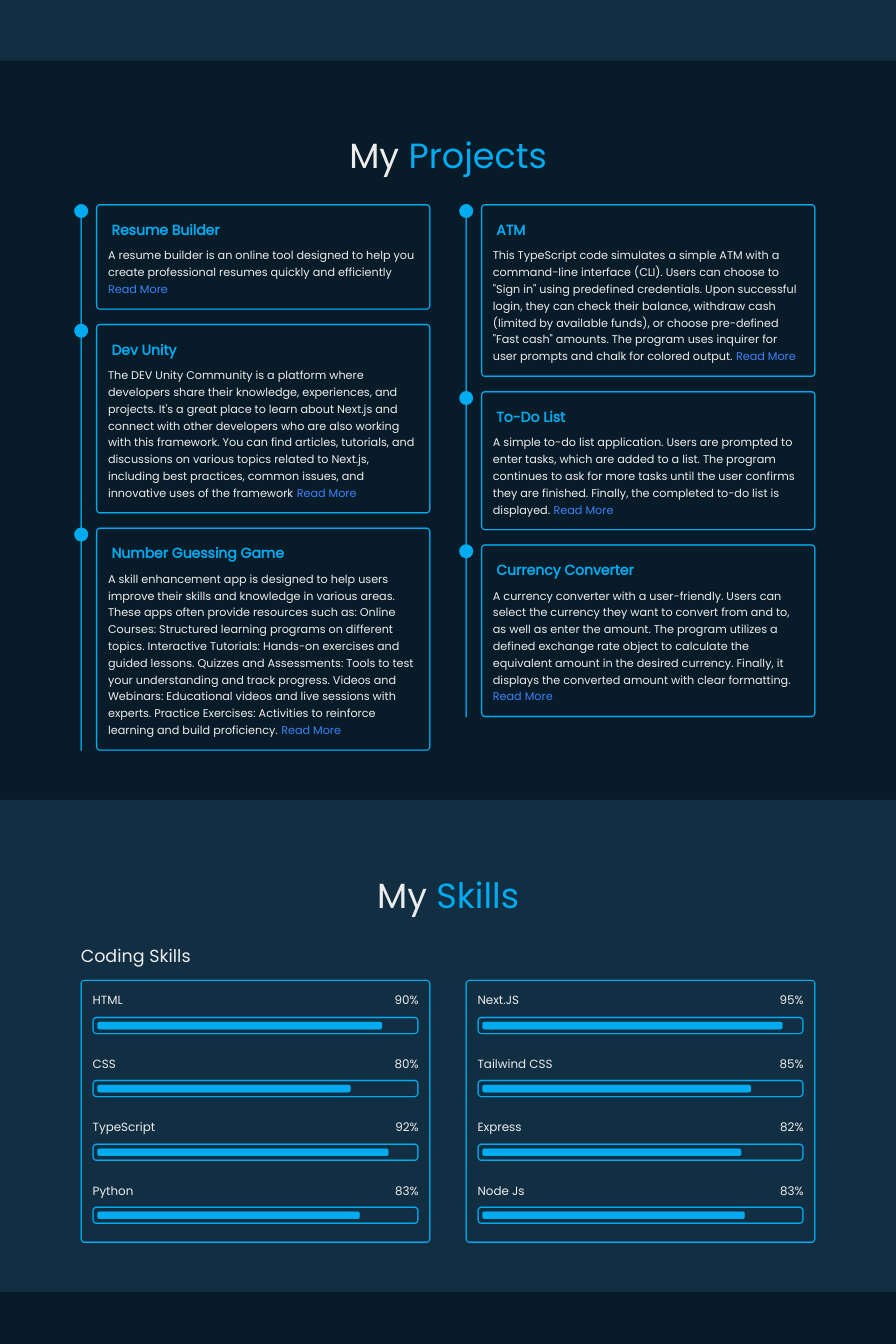
Repository: asadullah48/nextjs_projects_portfolio
Page: /
These files come from the project's save history. The page is drawn as it stood at one moment and after the next save; the edit follows.
The browser window is 1280 px wide. The pictures show the part of the page from y = 1571 to 3491 px (the page is 4306 px tall), at 70% of full size.
The project was rebuilt for these pictures with package versions that can differ from the ones it lists, and the page was loaded fresh each time. The framework's server and built-in components were replaced by stand-ins that run in the browser. Also part of the build but not shown: next.config.ts.

Above is the page before, as saved 2024-11-13 14:46:48.

### src/app/layout.tsx
import type { Metadata } from "next";
import { Poppins } from "next/font/google";
import "./globals.css";
import Link from "next/link";
<Link  href='https://unpkg.com/boxicons@2.1.4/css/boxicons.min.css' rel='stylesheet'></Link>

const poppins = Poppins({ subsets: ["latin"], weight : '400' });

export const metadata: Metadata = {
  title: "Tayyab Portfolio",
  description: "Generated by Tayyab Khalid",
};

export default function RootLayout({
  children,
}: Readonly<{
  children: React.ReactNode;
}>) {
  return (
    <html lang="en">
      <body className={poppins.className}>

        {children}

        </body>
    </html>
  );
}

### src/app/page.tsx
"use client"
import Link from "next/link";
import Image from "next/image";
import LinkedInIcon from "@mui/icons-material/LinkedIn";
import GitHubIcon from "@mui/icons-material/GitHub";
import XIcon from "@mui/icons-material/X";
import ArrowUpwardIcon from "@mui/icons-material/ArrowUpward";
import { Menu } from "lucide-react";
import { useState } from "react";
import {
  Sheet,
  SheetContent,
  SheetDescription,
  SheetHeader,
  SheetTitle,
  SheetTrigger,
} from "@/components/ui/sheet";

export default function Home() {
  const [isSidebarOpen, setIsSidebarOpen] = useState(false);

  const closeSidebar = () => {
    setIsSidebarOpen(false);
  };

  return (
    <main>
      {/* ---------header------------ */}
     <header className={`header flex justify-end items-center transition-opacity duration-300 ${isSidebarOpen ? "opacity-50" : "opacity-100"}`}>
        <div>
          <Link href={"#home"} className="logo ">
            AsadullahShafique.
          </Link>
        </div>
        <nav className="navbar">
          <Sheet open={isSidebarOpen} onOpenChange={setIsSidebarOpen}>
            <SheetTrigger className="tablet:hidden">
              <Menu className="menu-icon mr-4" />
            </SheetTrigger>
            <SheetContent className="pt-4 text-3xl">
              <br />
              <br />
              <br />
              <Link href={"#home"} onClick={closeSidebar}>
                Home
              </Link>
              <br />
              <br />
              <br />
              <Link href={"#about"} onClick={closeSidebar}>
                About
              </Link>
              <br />
              <br />
              <br />
              <Link href={"#education"} onClick={closeSidebar}>
                Project
              </Link>
              <br />
              <br />
              <br />
              <Link href={"#skills"} onClick={closeSidebar}>
                Skills
              </Link>
              <br />
              <br />
              <br />
              <Link href={"#contact"} onClick={closeSidebar}>
                Contact
              </Link>
              <br />
            </SheetContent>
          </Sheet>
          <ul className="hidden tablet:flex gap-x-8 text-[1.7rem]">
            <li>
              <Link
                className="text-[var(--text-color)] font-bold ml-[3.5rem] transition duration-300 hover:text-[var(--main-color)]
active:text-[var(--main-color)]"
                href={"#home"}
              >
                Home
              </Link>
            </li>
            <li>
              <Link
                className="text-[var(--text-color)] font-bold ml-[3.5rem] transition duration-300 hover:text-[var(--main-color)]
active:text-[var(--main-color)]"
                href={"#about"}
              >
                About
              </Link>
            </li>
            <li>
              <Link
                className="text-[var(--text-color)] font-bold ml-[3.5rem] transition duration-300 hover:text-[var(--main-color)]
active:text-[var(--main-color)]"
                href={"#education"}
              >
                Project
              </Link>
            </li>
            <li>
              <Link
                className="text-[var(--text-color)] font-bold ml-[3.5rem] transition duration-300 hover:text-[var(--main-color)]
active:text-[var(--main-color)]"
                href={"#skills"}
              >
                Skills
              </Link>{" "}
            </li>
            <li>
              <Link
                className="text-[var(--text-color)] font-bold ml-[3.5rem] transition duration-300 hover:text-[var(--main-color)]
active:text-[var(--main-color)]"
                href={"#contact"}
              >
                Contact
              </Link>
            </li>
          </ul>
        </nav>
      </header>

      {/*-------------- home section-------------- */}

      <section className={`home bg-[url('../../public/fullSizeImge1.jpg')] bg-cover bg-center transition-opacity duration-300 ${isSidebarOpen ? "opacity-50" : "opacity-100"}`} id="home">
        <div className="home-content">
          <h1>
            Hi, I'm<span> Asadullah Shafique</span>{" "}
          </h1>
          <div className="text-animated">
            <h3>Textile Engineer Cum Full-Stack Developer</h3>
          </div>
          <p>
            I'm a passionate Full Stack Developer currently honing my skills at
            GIAIC. On the front-end, I've mastered Next.js and Tailwind CSS,
            creating responsive and dynamic user interfaces. As I continue my
            journey, I’m diving deeper into back-end technologies to build
            comprehensive, full-stack applications. Stay tuned as I continue to
            expand my skill set and bring innovative ideas to life!
          </p>

          <div className="btn-box">
            <Link
              href={
                "https://www.linkedin.com/in/asadullah-shafique-a00679325/"
              }
              className="btn" target="_blank"
            >
              Hire me
            </Link>
            <Link
              href={
                "https://www.youtube.com/@asadullahshafique4261"
              }
              className="btn" target="_blank"
            >
              Lets talk
            </Link>
          </div>
          <div className="flex-space-x-4 home-sci">
            <Link
              href="https://www.facebook.com/asadullah.shafique"
              target="_blank"
              rel="noopener noreferrer"
              className="bx-bx1-linkedin"
            >
              <LinkedInIcon className="icon" sx={{ fontSize: 25 }} />
            </Link>
            <Link
              href={"ttps://github.com/asadullah48"}
              target="_blank"
              className="bx-bx1-github"
            >
              <GitHubIcon className="icon" sx={{ fontSize: 25 }} />
            </Link>
            <Link
              href={"https://www.instagram.com/shafiqueasadullah/"}
              target="_blank"
              className="bx-bx1-x"
            >
              <XIcon className="icon" sx={{ fontSize: 25 }} />
            </Link>
          </div>
        </div>

        <div className="home-imgHover"></div>
      </section>

      {/* --------------About Section------------- */}

      <section className="about" id="about">
        <h2 className="heading">
          About <span>Me</span>
        </h2>

        <div className="about-image relative w-[25rem] h-[25rem] rounded-full flex justify-center items-center">
      <Image
        src="/dp.png"
        alt="Profile Image"
        width={225}
        height={225}
        className="Image rounded-full border-[.2rem] border-[var(--main-color)]"
      />
      <span className="circle-spin absolute"></span>
    </div>

        <div className="about-content">
          <h2>Full Stack Developer</h2>
          <p className="about-para">
          Welcome to my portfolio! I am Asadullah Shafique, Textile Engineer Cum a passionate full-stack developer
          and aspiring <span className="font-bold">CERTIFIED CLOUD APPLIED GENERATIVE AI ENGINEER.</span> My portfolio highlights a diverse array of projects crafted with cutting-edge technologies
          like Next.js. Through continuous learning and practical experience,
          I am dedicated to improving user experiences and addressing real-world challenges with innovative web solutions.

          </p>

          <div className="btn-box btns">
            <a href="#about" className="btn">
              Read More
            </a>
          </div>
        </div>
      </section>

      {/* -----------------------project section--------------------------- */}

      <section className="education" id="education">
        <h2 className="heading">
          My <span>Projects </span>
        </h2>

        <div className="education-row">
          <div className="education-column">
            {/* <h3 className="title">Education</h3> */}

            <div className="education-box">
              <div className="education-content">
                <div className="content">
                  <div className="year">
                    <h3>Resume Builder</h3>
                  </div>
                  <p>
                  A resume builder is an online tool designed to help you create professional resumes quickly and efficiently
                    <Link
                      href="https://hackathon-puce-six.vercel.app/"
                      className="text-blue-500 hover:underline ml-2"
                      target="_blank"
                    >
                      Read More
                    </Link>
                  </p>
                </div>
              </div>

              <div className="education-content">
                <div className="content">
                  <div className="year">
                    <h3>Dev Unity</h3>
                  </div>
                  <p>
                  The DEV Unity Community is a platform where developers share their knowledge, experiences, and projects.
                  It's a great place to learn about Next.js and connect with other developers
                  who are also working with this framework. You can find articles, tutorials, and discussions on various topics related to Next.js,
                  including best practices, common issues, and innovative uses of the framework
                    <Link
                      href="https://asadullahshafique-devunity.vercel.app/"              className="text-blue-500
                      hover:underline ml-2"
                      target="_blank"
                    >
                      Read More
                    </Link>
                  </p>
                </div>
              </div>

              <div className="education-content">
                <div className="content">
                  <div className="year">
                    <h3>Number Guessing Game</h3>
                  </div>
                  <p> A skill enhancement app is designed to help users improve their skills and knowledge in various areas.
                    These apps often provide resources such as:
Online Courses: Structured learning programs on different topics.
Interactive Tutorials: Hands-on exercises and guided lessons.
Quizzes and Assessments: Tools to test your understanding and track progress.
Videos and Webinars: Educational videos and live sessions with experts.
Practice Exercises: Activities to reinforce learning and build proficiency.
                    <Link
                      href=""
                      className="text-blue-500 hover:underline ml-2"
                      target="_blank"
                    >
                      Read More
                    </Link>
                  </p>
                </div>
              </div>
            </div>
          </div>

          {/* --------------2nd column----------- */}

          <div className="education-column">
            {/* <h3 className="title">Experience</h3> */}
            <div className="education-box">
              <div className="education-content">
                <div className="content">
                  <div className="year">
                    <h3>ATM</h3>
                  </div>
                  <p>
                  This TypeScript code simulates a simple ATM with a command-line interface (CLI).
                  Users can choose to "Sign in" using predefined credentials. Upon successful login, they can check their balance, withdraw cash (limited by available funds), or choose pre-defined "Fast cash" amounts. The program uses inquirer for user prompts and chalk for colored output.
                    <Link
                      href="https://github.com/Tayyabkhalid993/PIAIC56/tree/main/NodeProjects/Project02_ATM"
                      className="text-blue-500
                      hover:underline ml-2"
                      target="_blank"
                    >
                      Read More
                    </Link>
                  </p>
                </div>
              </div>

              <div className="education-content">
                <div className="content">
                  <div className="year">
                    <h3>To-Do List</h3>
                  </div>
                  <p>
                  A simple to-do list application.
                  Users are prompted to enter tasks, which are added to a list. The program continues to ask for more tasks until the user confirms they are finished. Finally, the completed to-do list is displayed.
                    <Link
                      href="https://github.com/Tayyabkhalid993/PIAIC56/tree/main/NodeProjects/Project03_toDoList"
                      className="text-blue-500
                       hover:underline ml-2"
                      target="_blank"
                    >
                      Read More
                    </Link>
                  </p>
                </div>
              </div>

              <div className="education-content">
                <div className="content">
                  <div className="year">
                    <h3>Currency Converter</h3>
                  </div>
                  <p>
                  A currency converter with a user-friendly. Users can select the currency they want to convert from and to,
                  as well as enter the amount. The program utilizes a defined exchange rate object to calculate the equivalent amount in the desired currency. Finally, it displays the converted amount with clear formatting.
                    <Link
                      href="https://github.com/Tayyabkhalid993/PIAIC56/tree/main/NodeProjects/Other_Projects/Rock_Paper_sessior"
                      className="text-blue-500
                       hover:underline ml-2"
                      target="_blank"
                    >
                      Read More
                    </Link>
                  </p>
                </div>
              </div>
            </div>
          </div>
        </div>
      </section>

      {/* -----------------------skill section--------------------------- */}
      <section className="skills" id="skills">
        <h2 className="heading">
          {" "}
          My <span>Skills</span>
        </h2>
            <h3 className="skill-title">Coding Skills</h3>

        <div className="skills-row">
          <div className="skills-column">

            <div className="skills-box">
              <div className="skills-content">
                <div className="progress">
                  <h3>
                    HTML <span>90%</span>
                  </h3>
                  <div className="bar">
                    <span></span>
                  </div>
                </div>
                <div className="progress">
                  <h3>
                    CSS <span>80%</span>
                  </h3>
                  <div className="bar">
                    <span></span>
                  </div>
                </div>
                <div className="progress">
                  <h3>
                    TypeScript <span>92%</span>
                  </h3>
                  <div className="bar">
                    <span></span>
                  </div>
                </div>
                <div className="progress">
                  <h3>
                    Python <span>83%</span>
                  </h3>
                  <div className="bar">
                    <span></span>
                  </div>
                </div>
                  <div className="bar">
                    <span></span>
                  </div>
              </div>
            </div>
          </div>

          {/* ----------------------For another Column--------------------------- */}

          <div className="skills-column">
            {/* <h3 className="title">Professional Skills</h3> */}
            <div className="skills-box">
              <div className="skills-content">
                <div className="progress">
                  <h3>
                  Next.JS <span>95%</span>
                  </h3>
                  <div className="bar">
                    <span></span>
                  </div>
                </div>
                <div className="progress">
                  <h3>
                    Tailwind CSS <span>85%</span>
                  </h3>
                  <div className="bar">
                    <span></span>
                  </div>
                </div>
                <div className="progress">
                  <h3>
                    Express <span>82%</span>
                  </h3>
                  <div className="bar">
                    <span></span>
                  </div>
                </div>
                <div className="progress">
                  <h3>
                  Node Js <span>83%</span>
                  </h3>
                  <div className="bar">
                    <span></span>
                  </div>
                </div>
                  <div className="bar">
                    <span></span>
                </div>
              </div>
            </div>
          </div>
        </div>
      </section>

      <section className="contact" id="contact">
        <center></center>
        <h2 className="heading">
          Contact <span>Me!</span>
        </h2>

        <form action="#">
          <div className="input-box">
            <div className="input-field">
              <input type="text" placeholder="Full Name" required />
              <span className="focus"></span>
            </div>
            <div className="input-field">
              <input type="text" placeholder="Email Address" required />
              <span className="focus"></span>
            </div>
          </div>

          <div className="input-box">
            <div className="input-field">
              <input type="string" placeholder="Mobile Number" required />
              <span className="focus"></span>
            </div>
            <div className="input-field">
              <input type="text" placeholder="Email Subject" required />
              <span className="focus"></span>
            </div>
          </div>
          <div className="textarea-field">
            <textarea
              name=""
              id=""
              cols={30}
              rows={10}
              placeholder="Your Message"
              required
            ></textarea>
            <span className="focus"></span>
          </div>

          <div className="btn-box btns">
            <a href="#contact" className="btn">
              Submit
            </a>
          </div>
        </form>
      </section>

      {/* --------------footer-------------- */}

      <footer className="footer">
        <div className="footer-text">
          <p>Copyright &copy; 2024 by Tayyab | All Right Reserved.</p>
        </div>

        <div className="footer-iconTop">
          <Link href="/" className=" bg-cyan-500 bx-bx1-arrowUpWardIcon">
            <ArrowUpwardIcon className="icon" sx={{ fontSize: 25 }} />
          </Link>
        </div>
      </footer>
    </main>
  );
}

Loaded but not shown: src/lib/utils.ts (common file); tailwind.config.ts (common file); src/app/globals.css (833 lines, source omitted); src/components/ui/sheet.tsx (140 lines, source omitted)

After the next save:
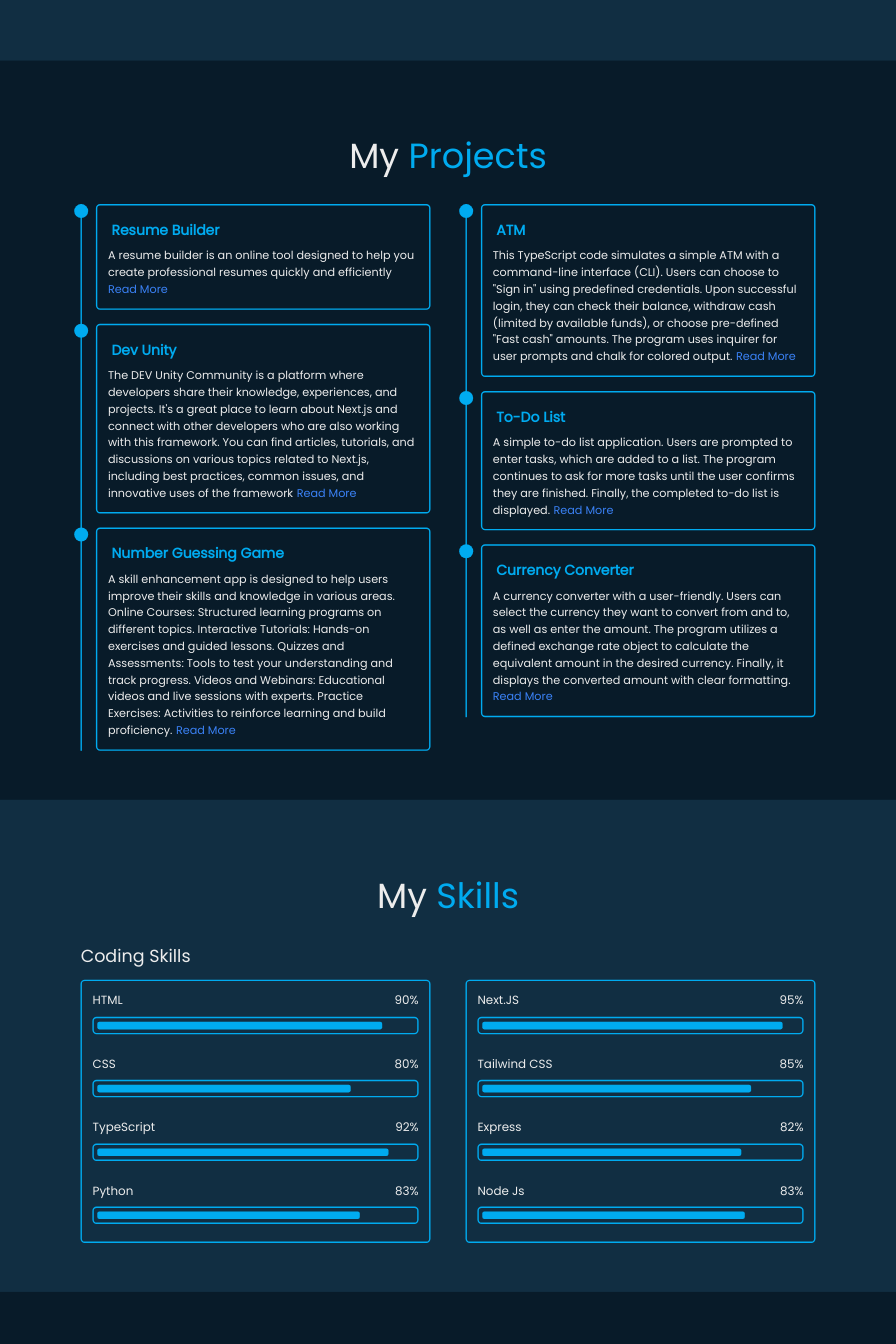
Saved 39 s later.
--- a/src/app/page.tsx
+++ b/src/app/page.tsx
@@ -280,7 +280,6 @@ active:text-[var(--main-color)]"
                     <h3>Number Guessing Game</h3>
                   </div>
                   <p> A skill enhancement app is designed to help users improve their skills and knowledge in various areas.
-                    These apps often provide resources such as:
 Online Courses: Structured learning programs on different topics.
 Interactive Tutorials: Hands-on exercises and guided lessons.
 Quizzes and Assessments: Tools to test your understanding and track progress.
